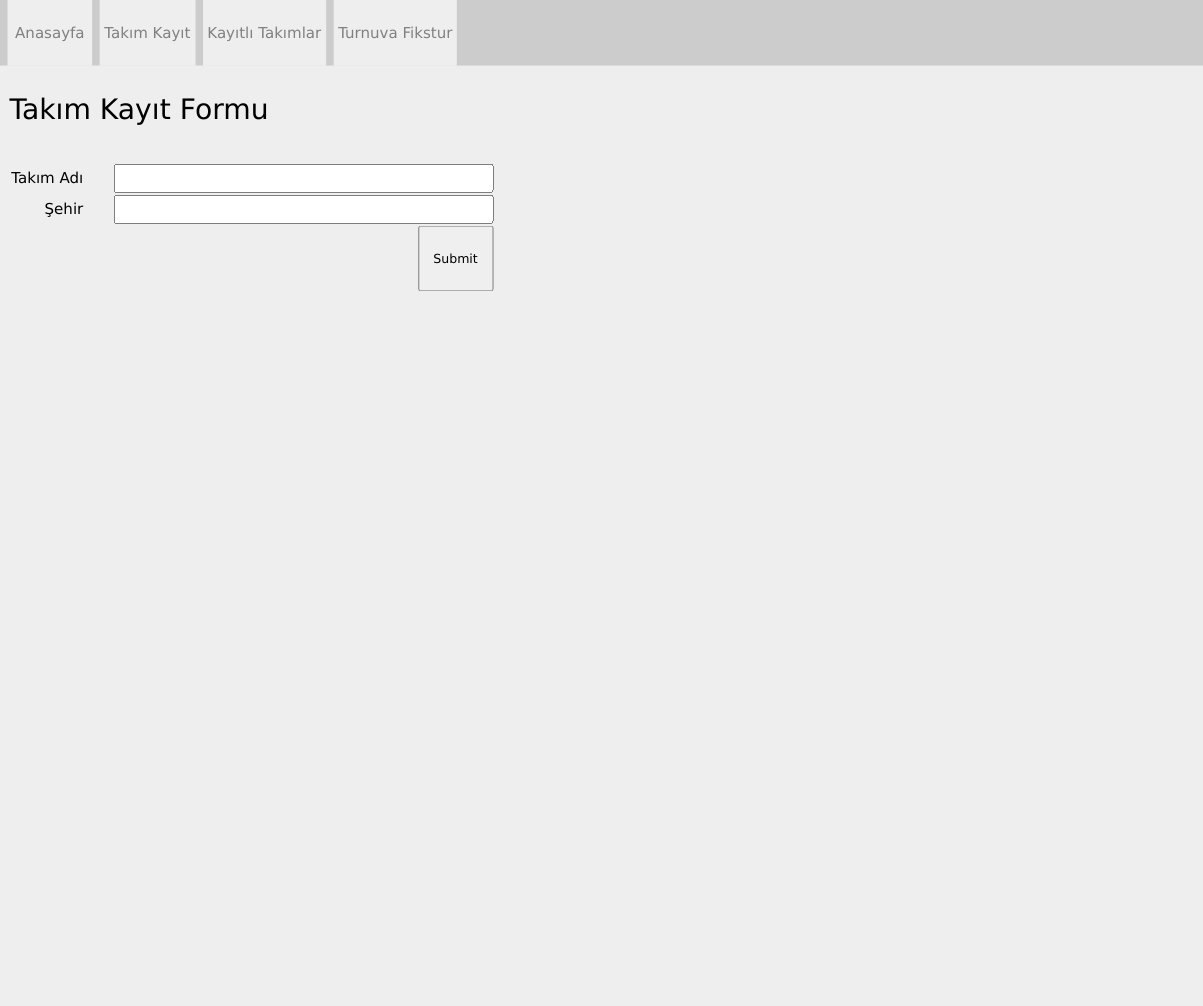
Repository: oktembaris77/internet_final
Page: http://localhost/internetfinal/takim_kayit.jsp
An editor plug-in stored every save of this project. The page is shown before and after the next save, followed by the edit.
The browser window is 1280 px wide. The pictures show the whole page, at 94% of full size.
The page is served by Tomcat 9. Other server files are loaded and not shown.

Above is the page before, as saved 2020-05-11 20:05:27.

### internetfinal/WebContent/takim_kayit.jsp
<%@ page language="java" contentType="text/html; charset=UTF-8"
    pageEncoding="UTF-8"%>
<!DOCTYPE html>
<html>
<head>
<meta charset="ISO-8859-1">
<title>Takım Kayıt</title>
<meta charset="utf-8"/>
<style>
*{
	margin:0;padding:0;
	font-family:"verdana";
}

#ustmenu{
width:100%;
height:70px;
background-color:#ccc;
}
a{
text-decoration:none;
color:gray;
}
a:hover{
text-decoration:none;
color:white;
}
#sayfabtn{
height:70px;
min-width:90px;
background-color:#eee;
color:white;
text-align:center;
margin-left:8px;
text-decoration:none;
padding:0px 5px 0px 5px;
box-sizing:border-box;
line-height:70px;
float:left;
}

#sayfabtn:hover{
transition:0.2s;
background-color:#ccc;
border:1px solid #ccc;
box-shadow: 1px 2px 1px 1px gray;
}

#icerik{
width:100%;
height:1000px;
background-color:#eee;
padding:10px;
box-sizing:border-box;
}

td{
text-align:right;
}
#inputtext{
height: 27px;
width: 400px;
margin-left:30px;
}
.baslik{
font-size:30px;

}
#btn{
height:70px;
width:80px;
}

</style>
</head>
<body>
	<div id="ustmenu">
		<div id="sayfabtn">
			<a href = "index.jsp">Anasayfa</a>
		</div>
		<div id="sayfabtn">
			<a href = "takim_kayit.jsp">Takım Kayıt</a>
		</div>
		<div id="sayfabtn">
			<a href = "kayitli_takimlar.jsp">Kayıtlı Takımlar</a>
		</div>
		<div id="sayfabtn">
			<a href = "turnuva_fikstur.jsp">Turnuva Fikstur</a>
		</div>
	</div>

	<div id="icerik">
	<br>
	<p class="baslik">Takım Kayıt Formu</p><br><br>
		<form name="takimkayit" action="TakimKayitServlet" method="post">
			<table>
				<tr>
					<td>Takım Adı </td>
					<td><input id="inputtext" type="text" name="takimadi"></td>
				</tr>
				<tr>
					<td>Şehir </td>
					<td><input id="inputtext" type="text" name="sehir"></td>
				</tr>
				<tr>
					<td></td>
					<td><input id="btn" type="submit"></td>
				</tr>
			</table>


		</form>
	</div>



</body>
</html>

After the next save:
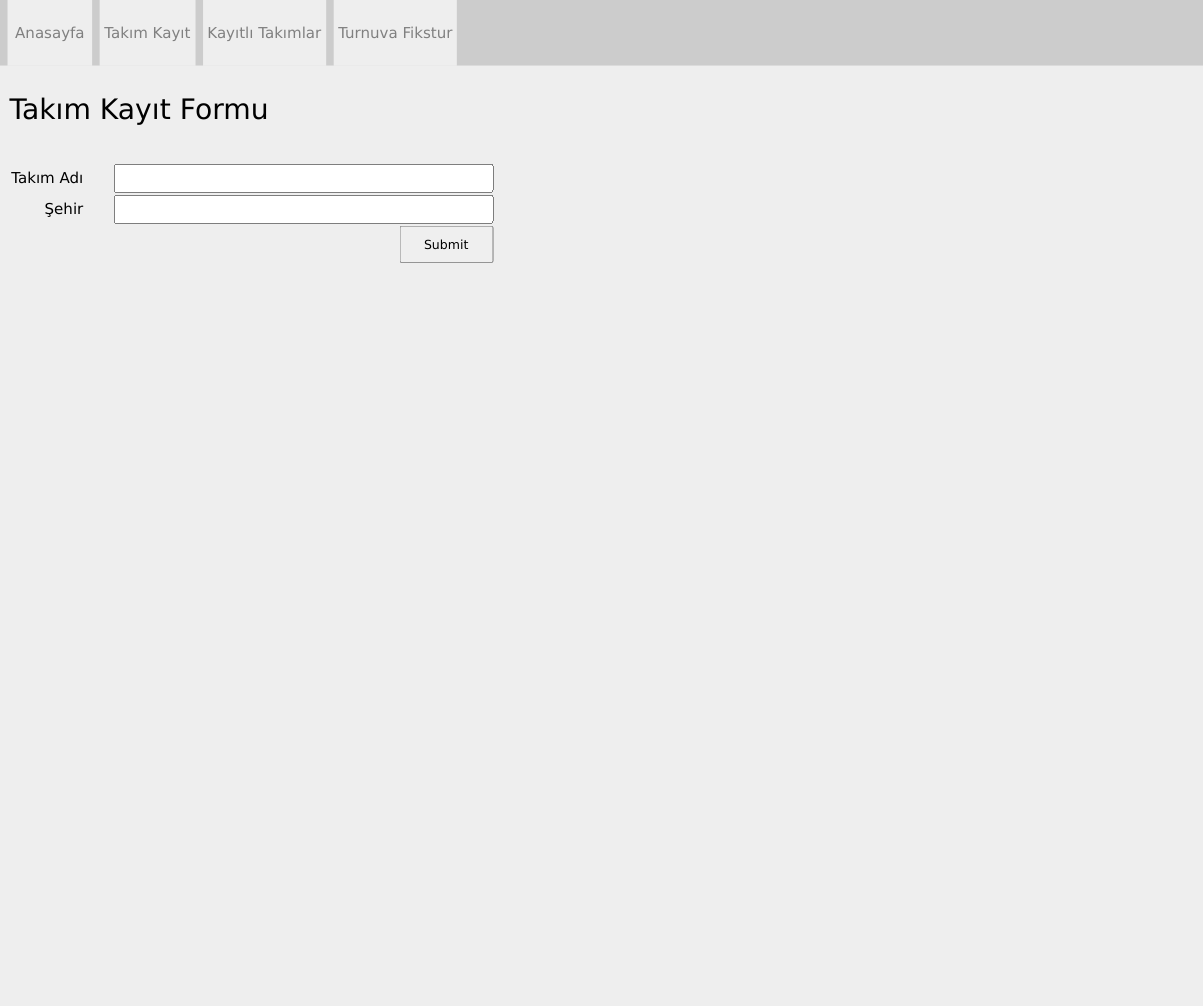
Saved 8 s later.
--- a/internetfinal/WebContent/takim_kayit.jsp
+++ b/internetfinal/WebContent/takim_kayit.jsp
@@ -67,8 +67,8 @@
 
 }
 #btn{
-height:70px;
-width:80px;
+height:40px;
+width:100px;
 }
 
 </style>
